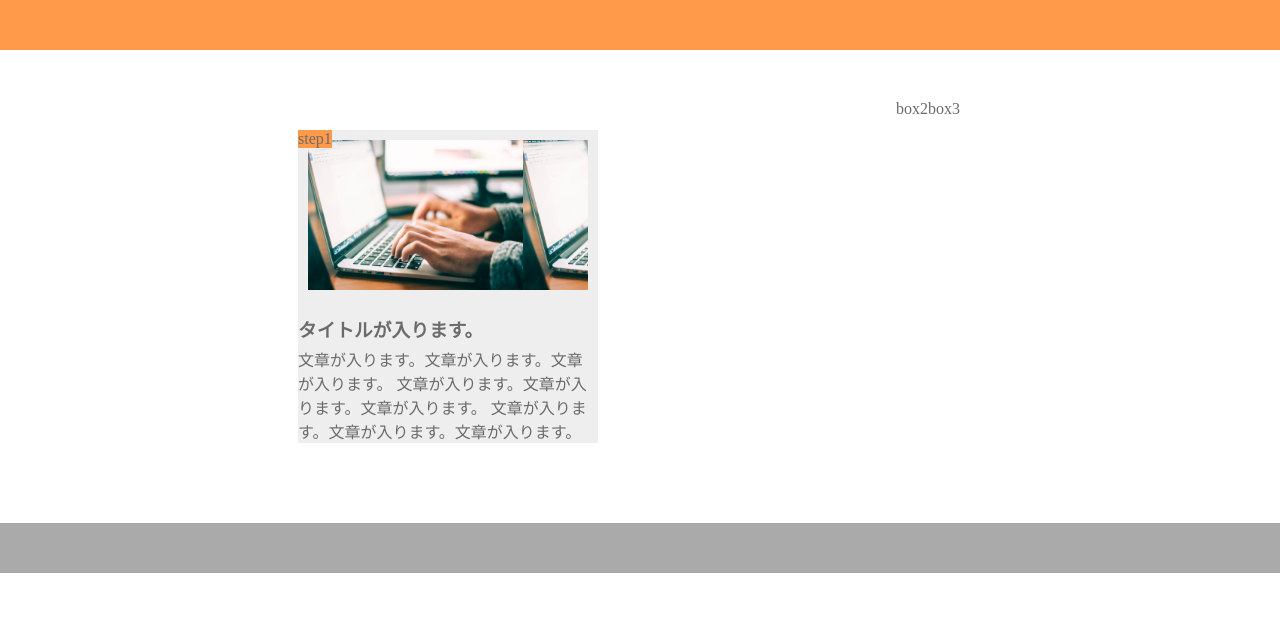
Repository: momopomi/htmlcss
Page: exercise/1-9-2.html
The author's editor kept a record of every edit. The page is drawn from the files as they stood at one moment, then again after the next edit.
The browser window is 1280 px wide. The pictures show the whole page.
Some web libraries are served in a nearby version.

Above is the page before.

### exercise/1-9-2.html
<!DOCTYPE html>
<html lang="ja">
  <head>
    <meta charset="UTF-8" />
    <script src="https://kit.fontawesome.com/fdb695ff91.js" crossorigin="anonymous"></script>
    <!-- CSSファイルの読み込み -->
    <link rel="stylesheet" href="1-9-2.css" />
    <title>CARAVAN</title>
  </head>

  <body>
    <header>
    </header>

    <main>
      <div class="big-box">
        <div class="box1">
          <span>step1</span>
          <div class="background1"></div>
          <h3>タイトルが入ります。</h3>
          <p>文章が入ります。文章が入ります。文章が入ります。
             文章が入ります。文章が入ります。文章が入ります。
             文章が入ります。文章が入ります。文章が入ります。</p>
        </div>

        <div>box2</div>
        <div>box3</div>
      </div>
    </main>

    <footer>
    </footer>
  </body>
</html>

### exercise/1-9-2.css
/* ブラウザがそれぞれ持っているCSSをリセットするための記述 */
* {
  margin: 0;
  padding: 0;
  box-sizing: border-box;
  color: #6c6b6b;
}

header{
  height: 50px;
  background-color: #FF9A4B;
}

.big-box{
  width: 960px;
  margin: 50px 0;
  display: flex;
}

.box1, .box2, .box3{
  width: 300px;
  margin: 30px auto;
  background-color: #EEEEEE;
}

.background1{
  margin:10px;
  background-image: url(img/flow01.png);
  background-size: contain;
  height: 150px;
}

span {
  position: absolute;
  background-color: #FF9A4B;
}

h3{
  padding-top: 15px;
  padding-bottom: 5px;
}

.background2{
  margin:10px;
  background-image: url(img/flow02.png);
  background-position:center bottom;
  background-size: contain;
  height: 150px;
}

.background3{
  margin:10px;
  background-image: url(img/flow03.png);
  background-position:center bottom;
  background-size: contain;
  height: 150px;
}

footer{
  height: 50px;
  background-color: #AAAAAA;
}

After the next edit:
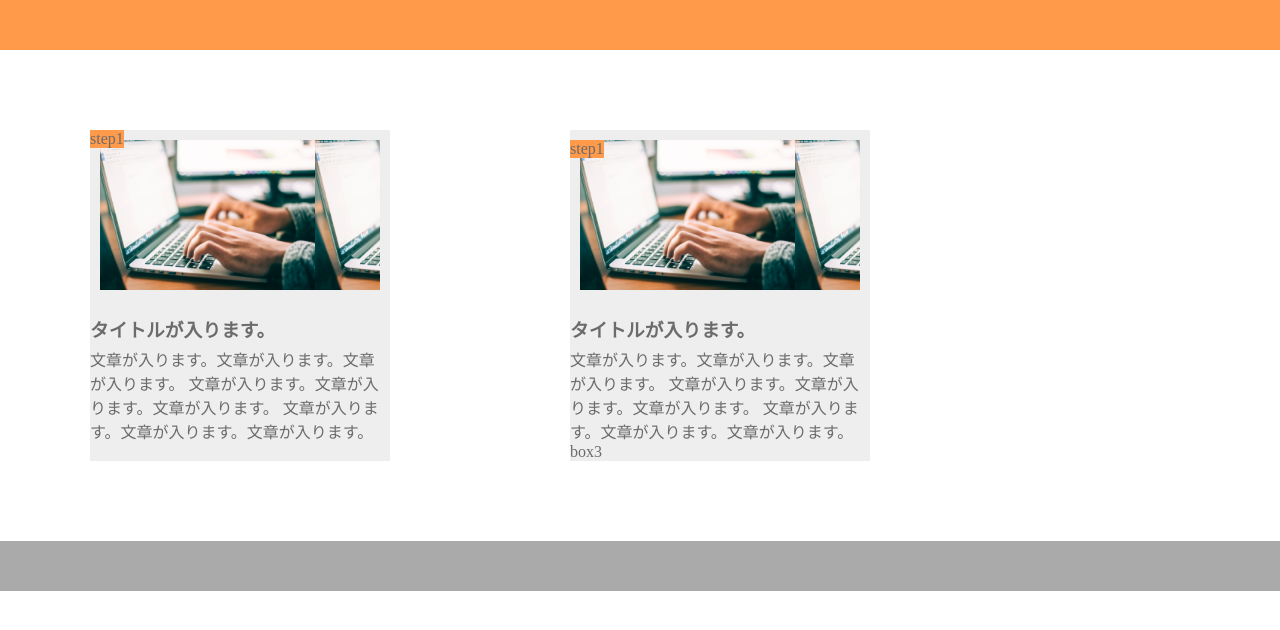
The edit:
--- a/exercise/1-9-2.html
+++ b/exercise/1-9-2.html
@@ -23,7 +23,18 @@
              文章が入ります。文章が入ります。文章が入ります。</p>
         </div>
 
-        <div>box2</div>
+        <div class="box2">
+          <div class="box2-2">
+          <span>step1</span>
+          <div class="background1"></div>
+          <h3>タイトルが入ります。</h3>
+          <p>文章が入ります。文章が入ります。文章が入ります。
+             文章が入ります。文章が入ります。文章が入ります。
+             文章が入ります。文章が入ります。文章が入ります。</p>
+
+
+        </div>
+
         <div>box3</div>
       </div>
     </main>
